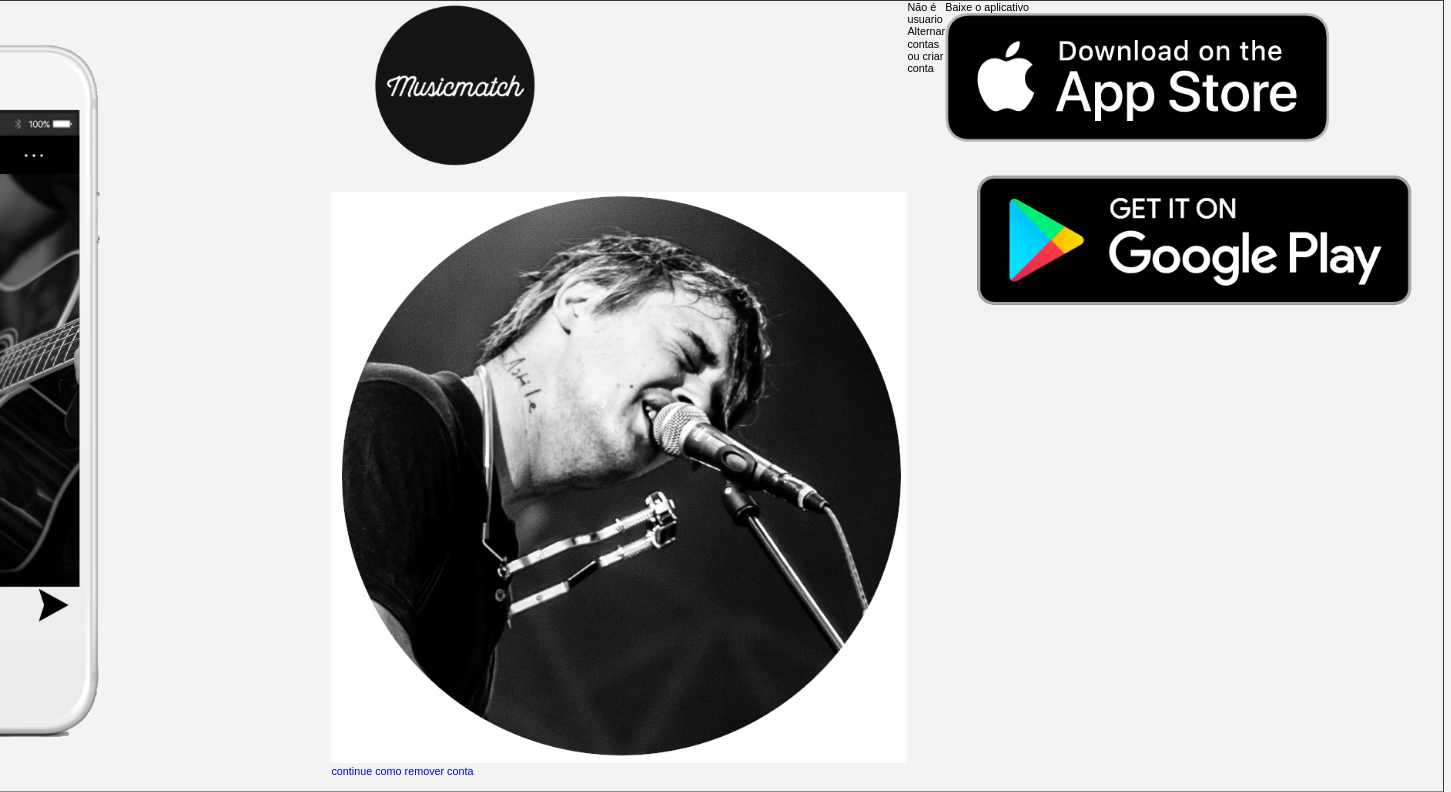
Repository: julianopedraca/matchmusic
Page: index.html
These files come from the project's save history. The page is drawn as it stood at one moment and after the next save; the edit follows.
The browser window is 1280 px wide. The page is 1875 px wide, then 1884 px, so the pictures cover 1884 px, including what lies to the right of the window. The pictures show the whole page, at 77% of full size.

Above is the page before, as saved 2022-06-09 20:48:13.

After the next save:
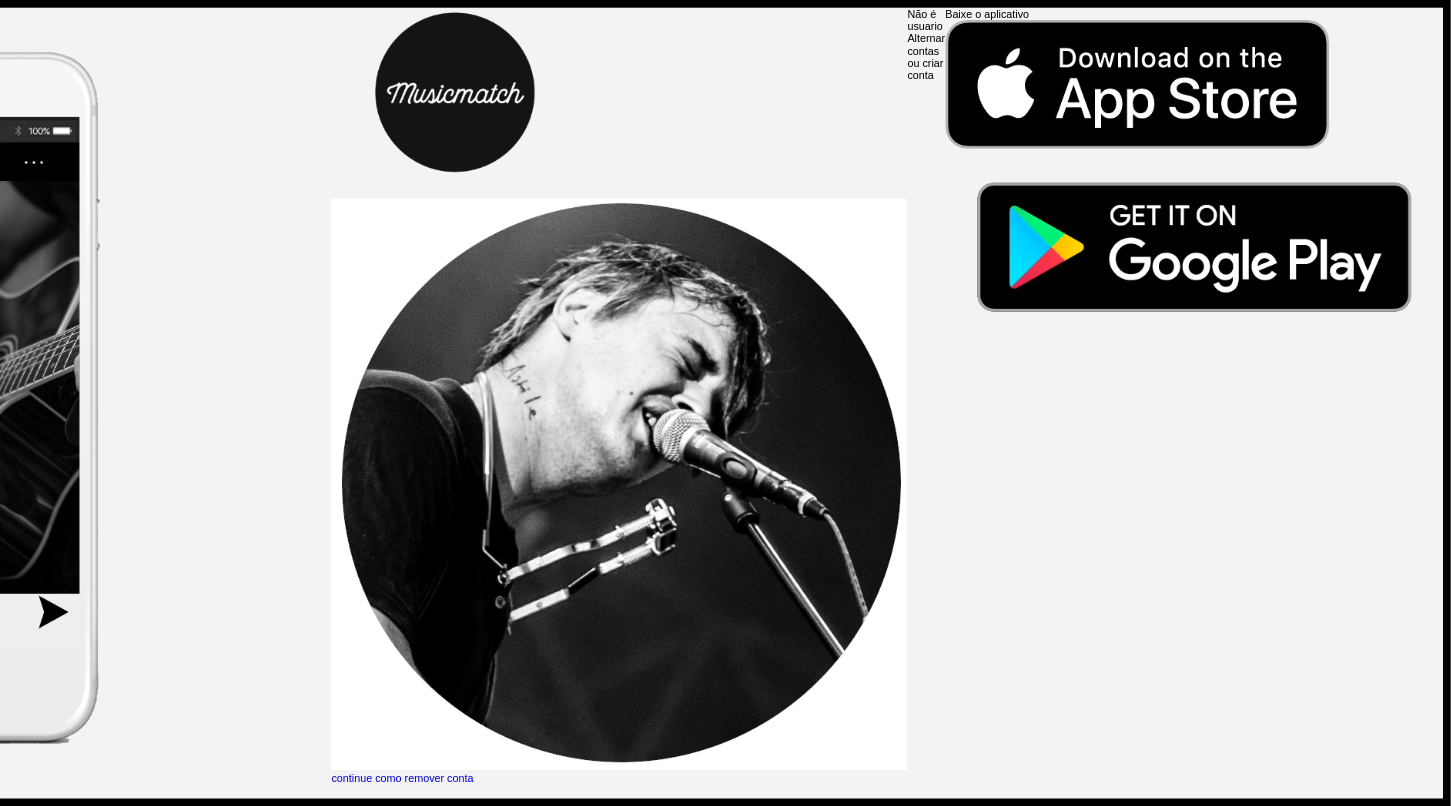
Saved 4 s later.
--- a/style.css
+++ b/style.css
@@ -20,5 +20,5 @@
 
 .musicmatch-wrapper{
     display: flex;
-    border: black solid 1px;
+    border: black solid 10px;
 }
